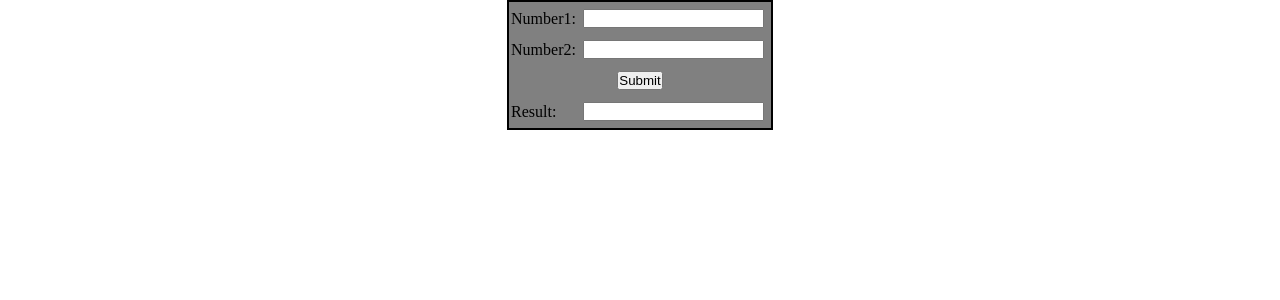
Repository: Nanda-Hari-Reddy/YouTube-Clone
Page: http://localhost/Demo/
The author's editor kept a copy of each file at every save. The page is drawn from the files as they stood at one save, then again after the next save.
The browser window is 1280 px wide. The pictures show the whole page.
The page is served by Tomcat 9.

Above is the page before, as saved 2023-11-01 05:53:22.

After the next save:
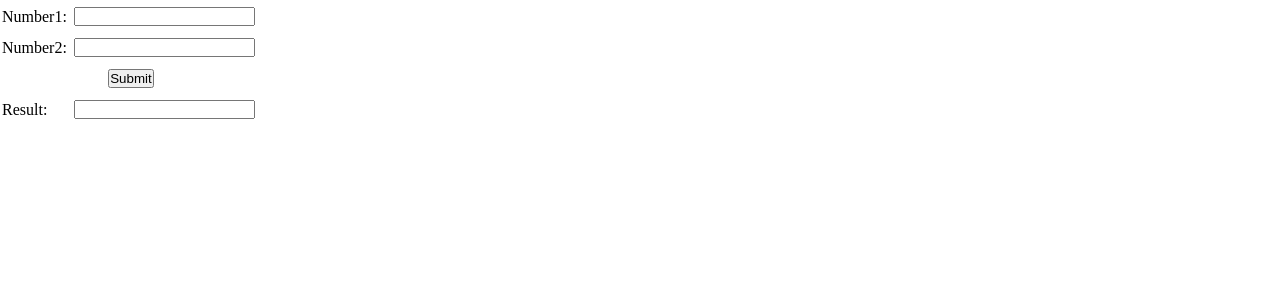
Saved 87 min 33 s later.
--- a/MDB-Free_4.20.0/SERVELETS/Demo/src/main/webapp/index.jsp
+++ b/MDB-Free_4.20.0/SERVELETS/Demo/src/main/webapp/index.jsp
@@ -7,12 +7,12 @@
 			box-sizing: border-box;
 			padding: 0px;
 		}
-		table
+		/*table
 		{
 			border: 2px solid black;
 			margin-inline:auto;
 			background-color: grey;
-		}
+		}*/
 		input
         {
             margin: 5px;
